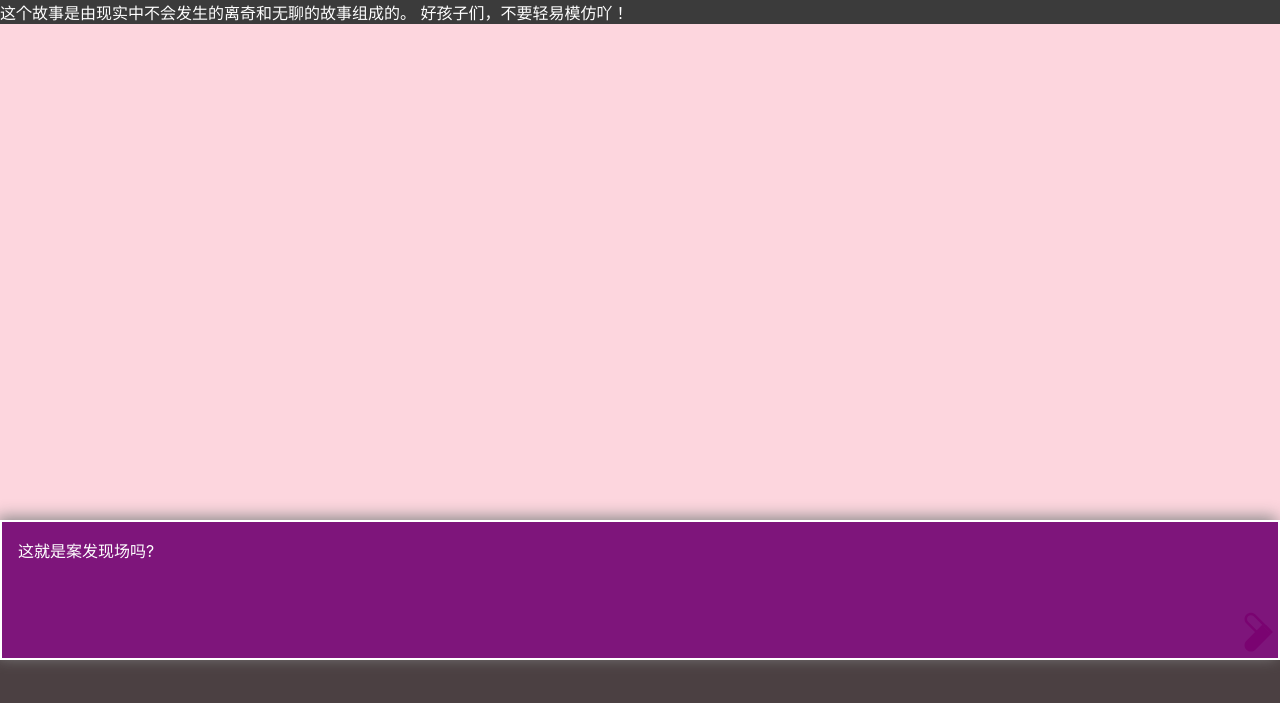
Repository: Jofali/reasoning-genius
Page: /
An editor plug-in stored every save of this project. The page is shown before and after the next save, followed by the edit.
The browser window is 1280 px wide. The pictures show the whole page.
The project was rebuilt for these pictures with package versions that can differ from the ones it lists, and the page was loaded fresh each time. Also part of the build but not shown: src/part1/part1.css, src/part1/part1.js, src/part2/part2.css, src/part2/part2.js.

Above is the page before, as saved 2019-05-22 17:23:26.

### public/index.html
<!DOCTYPE html>
<html lang="en">
  <head>
    <meta charset="utf-8" />
    <link rel="shortcut icon" href="%PUBLIC_URL%/favicon.ico" />
    <meta name="viewport" content="width=device-width, initial-scale=1" />
    <meta name="theme-color" content="#000000" />
    <!--
      manifest.json provides metadata used when your web app is installed on a
      user's mobile device or desktop. See https://developers.google.com/web/fundamentals/web-app-manifest/
    -->
    <link rel="manifest" href="%PUBLIC_URL%/manifest.json" />
    <!--
      Notice the use of %PUBLIC_URL% in the tags above.
      It will be replaced with the URL of the `public` folder during the build.
      Only files inside the `public` folder can be referenced from the HTML.

      Unlike "/favicon.ico" or "favicon.ico", "%PUBLIC_URL%/favicon.ico" will
      work correctly both with client-side routing and a non-root public URL.
      Learn how to configure a non-root public URL by running `npm run build`.
    -->
    <title>Reasoning Genius</title>
  </head>
  <body>
    <noscript>You need to enable JavaScript to run this app.</noscript>
    <div id="root"></div>
    <!--
      This HTML file is a template.
      If you open it directly in the browser, you will see an empty page.

      You can add webfonts, meta tags, or analytics to this file.
      The build step will place the bundled scripts into the <body> tag.

      To begin the development, run `npm start` or `yarn start`.
      To create a production bundle, use `npm run build` or `yarn build`.
    -->
  </body>
</html>

### src/index.css
body {
  margin: 0;
  font-family: -apple-system, BlinkMacSystemFont, "Segoe UI", "Roboto", "Oxygen",
    "Ubuntu", "Cantarell", "Fira Sans", "Droid Sans", "Helvetica Neue",
    sans-serif;
  -webkit-font-smoothing: antialiased;
  -moz-osx-font-smoothing: grayscale;
}

code {
  font-family: source-code-pro, Menlo, Monaco, Consolas, "Courier New",
    monospace;
}

#root {
  height: 100%;
}

*{
  padding: 0;
  margin: 0;
}

html,body {
  height: 100%;
}

### src/App.js
import React, { Component } from 'react';
import { CSSTransition } from 'react-transition-group';

import Part1 from './part1/part1';
import Part2 from './part2/part2';
import Title from './title/title';
import Inventory from './inventory/inventory';
import Begin from './begin/begin';

import './App.css';
import arrNext from './assets/arrnext.svg';

class App extends Component {
  constructor(props) {
    super(props);
    this.state = {
      content: <Begin />,
      arr: arrNext,
      arrStatus: "next",
      maxPartNum: 1,
      showPart: true
    };
    this.stepTo = this.stepTo.bind(this);
  }

  partNum = 0;
  timer = null;
  stepTo() {
    if(this.partNum === this.state.maxPartNum) {
      this.partNum = 0;
    } else {
      this.partNum += 1;
    }

    this.setshow(false);
    if(this.timer !== null) {
      clearTimeout(this.timer);
    }
    this.timer = setTimeout( () => {
      switch(this.partNum)
      {
        case 0:
          this.setState({ content: <Part1 /> })
          this.setState({ arrStatus: "next" });
          break;
        case 1:
          this.setState({ content: <Part2 /> })
          this.setState({ arrStatus: "prev" })
          break;
        default:
          this.setState({ content: <Begin /> })
      }
      this.setshow(true);
    }, 300);

  }

  setshow(bool) {
    this.setState({ showPart: bool })
  }

  componentDidMount() {

  }

  render() {
    return (
        <div className="App">
          <div className="arr" onClick={this.stepTo}>
            <img src={this.state.arr} className={this.state.arrStatus} alt=""/>
          </div>
          <CSSTransition
              in={this.state.showPart}
              timeout={300}
              classNames="alert"
              unmountOnExit
            >
              { this.state.content }
          </CSSTransition>
          <Title />
          <Inventory />
        </div>
    );
  }
}

export default App;

### src/title/title.js
import React from 'react';

import './title.css';
function Title() {
  const jiben = {
    begin:["这个故事是由现实中不会发生的离奇和无聊的故事组成的。", "好孩子们，", "不要轻易模仿吖！"],
    part1: {},
    part2: {},
    end: {
      'f': ["就这样，可怜的头戴内裤的男人因为冤罪被警察带走了。", "Game over."],
      't': ["就这样，真凶被警察带走了。", "Clear."]
    }
  };
  return (
    <div>
      <div className="title">
        <div className="title-content-wrap">
          这就是案发现场吗?
        </div>
      </div>
    </div>
  );
}

export default Title;

### src/inventory/inventory.js
import React from 'react';

import './inventory.css';
function Inventory() {
  return (
      <div className="inventory-content-wrap"></div>
  );
}

export default Inventory;

### src/begin/begin.js
import React from 'react';

import './begin.css';
function Title() {
  return (
    <div>
      <div className="begin">
        <div className="begin-content-wrap">
          这个故事是由现实中不会发生的离奇和无聊的故事组成的。
          好孩子们，不要轻易模仿吖！
        </div>
      </div>
    </div>
  );
}

export default Title;

### src/App.css
.App {
  width: 100%;
  height: 100%;
  background: rgb(253,214,222);
  position: relative;
}

.App img {
  width: 100%;
}

.arr {
  position: fixed;
  bottom: 60px;
  right: 0;
  width: 3rem;
  z-index: 2;
}

.next {
  transform: rotate(0);
}

.prev {
  transform: rotate(180deg);
}

.arr img {
  max-width: 100%;
  transition: all .3s;
}

.alert-enter {
  opacity: 0;
}
.alert-enter-active {
  opacity: 1;
  transform: translateX(0);
  transition: opacity 300ms, transform 300ms;
}
.alert-exit {
  opacity: 1;
}
.alert-exit-active {
  opacity: 0;
  transition: opacity 300ms, transform 300ms;
}

### src/title/title.css
.title {
  position: fixed;
  width: 100%;
  height: 100%;
  z-index: 10;
  top: 0;
}

.title-content-wrap {
  width: 100%;
  height: 140px;
  position: absolute;
  bottom: 60px;
  border: 2px solid #fff;
  box-shadow: -3px -3px 15px #888888;
  background: rgba(112, 1, 112, 0.9);
  color: #fff;
  box-sizing: border-box;
  padding: 1rem;
}

### src/inventory/inventory.css
.inventory-content-wrap {
  width: 100%;
  height: 60px;
  position: absolute;
  bottom: 0;
  background: rgba(0,0,0,0.7);
  color: pink;
  box-sizing: border-box;
  padding: 1rem;
}

### src/begin/begin.css
.begin {
  width: 100%;
  height: 100%;
  background: rgb(59, 59, 59);
  color: #fff;
}

Loaded but not shown: src/index.js (common file); src/serviceWorker.js (common file)

After the next save:
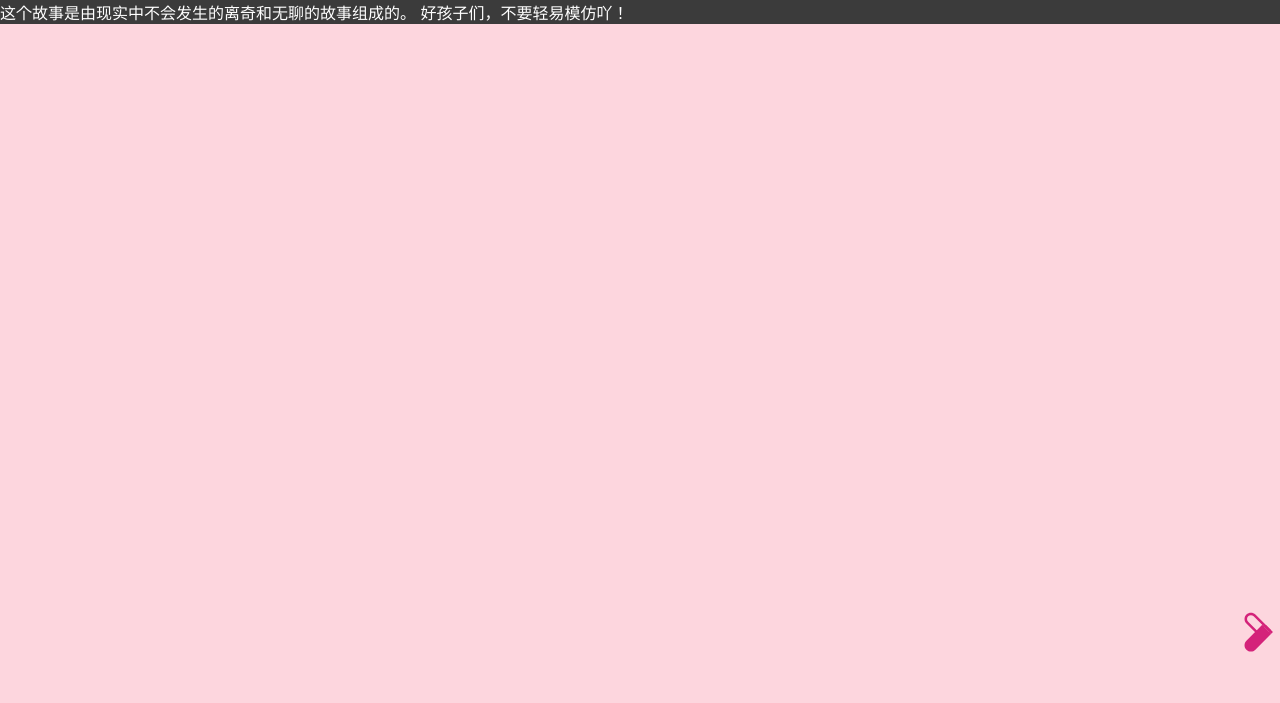
Saved 21 s later.
--- a/src/App.js
+++ b/src/App.js
@@ -77,8 +77,6 @@ class App extends Component {
             >
               { this.state.content }
           </CSSTransition>
-          <Title />
-          <Inventory />
         </div>
     );
   }
